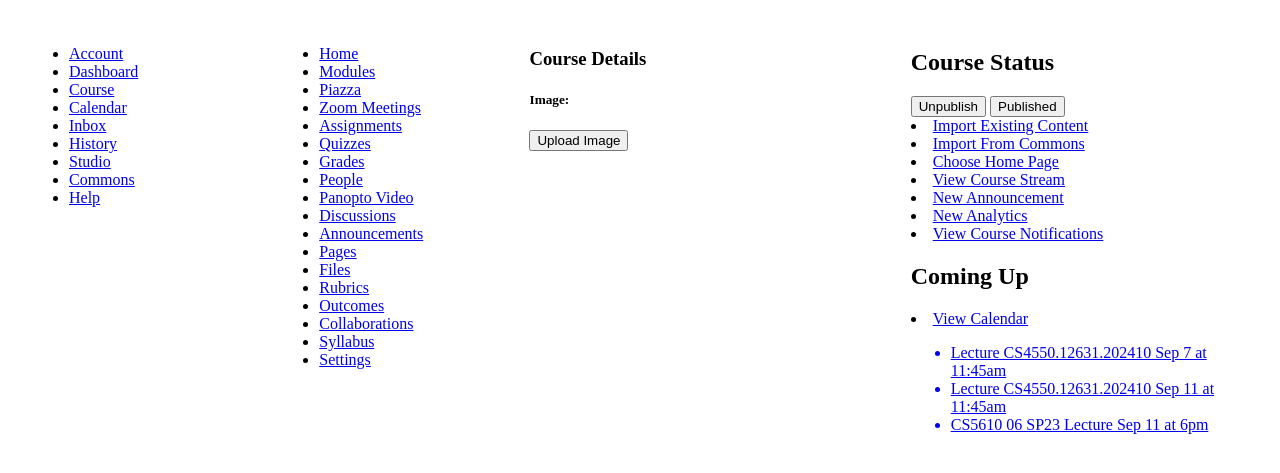
Repository: yuqiant/kanbas-react-web-app
Page: public/kanbas/coursesetting.html
An editor plug-in stored every save of this project. The page is shown before and after the next save, followed by the edit.
The browser window is 1280 px wide. The pictures show the whole page.

Above is the page before, as saved 2023-09-16 14:38:44.

### public/kanbas/coursesetting.html
<!DOCTYPE html>
<html lang="en">

<head>
    <meta charset="UTF-8">
    <meta name="viewport" content="width=device-width, initial-scale=1.0">
    <title>Column Interaction</title>
    <style>
        table {
            width: 100%;
            border-collapse: collapse;
        }

        td {
            width: 50%;
            border: 1px solid transparent;
            padding: 20px;
            vertical-align: top;
        }
    </style>
</head>

<body>
    <table>
        <tr>
            <td id="firstColumn" style="width: 150px;">
                <ul>
                    <li><a href="#">Account</a></li>
                    <li><a href="#">Dashboard</a></li>
                    <li><a href="#" onclick="showSecondColumn()">Course</a></li>
                    <li><a href="#">Calendar</a></li>
                    <li><a href="#">Inbox</a></li>
                    <li><a href="#">History</a></li>
                    <li><a href="#">Studio</a></li>
                    <li><a href="#">Commons</a></li>
                    <li><a href="#">Help</a></li>
                </ul>
            </td>
            <td id="secondColumn" style="width: 150px;">
                <ul>
                    <li><a href="#" onclick="showThirdColumn()">Home</a></li>
                    <li><a href="#">Modules</a></li>
                    <li><a href="#">Piazza</a></li>
                    <li><a href="#">Zoom Meetings</a></li>
                    <li><a href="#">Assignments</a></li>
                    <li><a href="#">Quizzes</a></li>
                    <li><a href="#">Grades</a></li>
                    <li><a href="#">People</a></li>
                    <li><a href="#">Panopto Video</a></li>
                    <li><a href="#">Discussions</a></li>
                    <li><a href="#">Announcements</a></li>
                    <li><a href="#">Pages</a></li>
                    <li><a href="#">Files</a></li>
                    <li><a href="#">Rubrics</a></li>
                    <li><a href="#">Outcomes</a></li>
                    <li><a href="#">Collaborations</a></li>
                    <li><a href="#">Syllabus</a></li>
                    <li><a href="#">Settings</a></li>
                </ul>
            </td>
            <td id="thirdColumn" style="width: 250px;">
                <h3>Course Details</h3>

                <h5>Image:</h5>
                <form action="/path_to_your_server_endpoint" method="post" enctype="multipart/form-data">

                    <input type="submit" value="Upload Image">
                </form>









            </td>
            <td id="fourthColumn" style="width: 250px;">


                <h2>Course Status</h2>
                <button type="button">Unpublish</button>
                <button type="button">Published</button>
                <li><a href="#">Import Existing Content</li>
                <li><a href="#">Import From Commons</li>
                <li><a href="#">Choose Home Page</li>
                <li><a href="#">View Course Stream</li>
                <li><a href="#">New Announcement</li>
                <li><a href="#">New Analytics</li>
                <li><a href="#">View Course Notifications</a></li>


                <h2>Coming Up</h2>
                <li><a href="#">View Calendar
                        <ul>
                            <li>Lecture CS4550.12631.202410 Sep 7 at 11:45am</li>
                            <li>Lecture CS4550.12631.202410 Sep 11 at 11:45am</li>
                            <li>CS5610 06 SP23 Lecture Sep 11 at 6pm</li>
                        </ul>
                </li>



            </td>
        </tr>
    </table>

</body>

</html>

After the next save:
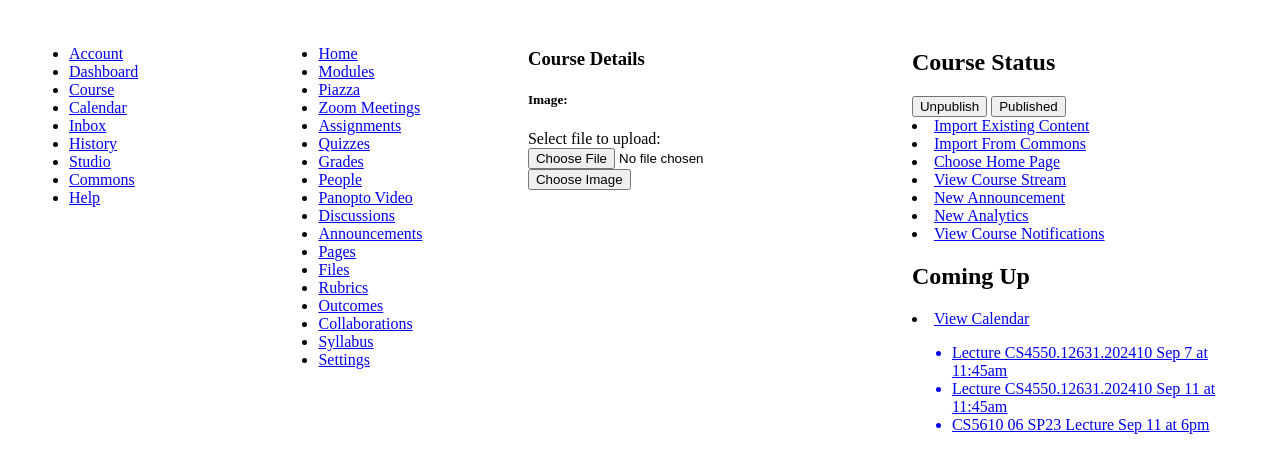
Saved 103 s later.
--- a/public/kanbas/coursesetting.html
+++ b/public/kanbas/coursesetting.html
@@ -62,9 +62,10 @@
                 <h3>Course Details</h3>
 
                 <h5>Image:</h5>
-                <form action="/path_to_your_server_endpoint" method="post" enctype="multipart/form-data">
-
-                    <input type="submit" value="Upload Image">
+                <form action="/upload_endpoint" method="post" enctype="multipart/form-data">
+                    <label for="fileToUpload">Select file to upload:</label>
+                    <input type="file" name="fileToUpload" id="fileToUpload">
+                    <input type="submit" value="Choose Image" name="submit">
                 </form>
 
 
